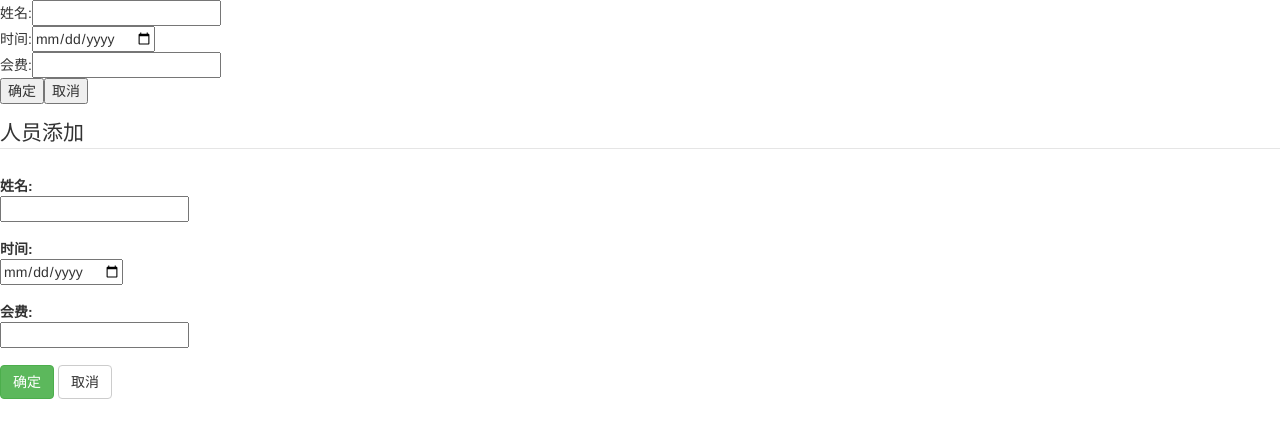
Repository: HelloChuang/HelloChuang-EclipseWorkSpace
Page: http://localhost/RetestServlet2/user_update.jsp
These files come from the project's save history. The page is drawn as it stood at one moment and after the next save; the edit follows.
The browser window is 1280 px wide. The pictures show the whole page.
The page is served by Tomcat 9.

Above is the page before, as saved 2018-10-31 07:18:45.

After the next save:
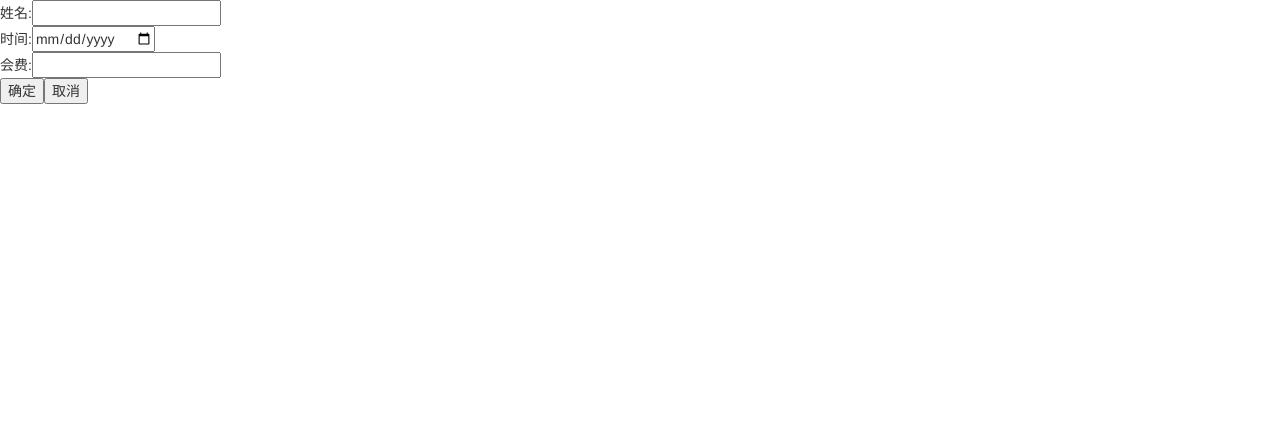
Saved 26 s later.
--- a/EclipseWorkSpace/RetestServlet2/WebContent/user_update.jsp
+++ b/EclipseWorkSpace/RetestServlet2/WebContent/user_update.jsp
@@ -20,52 +20,8 @@
 </form>
 
 
- <form class="form-horizontal" action="UpdateUserAction" >
-    <fieldset>
-      <div id="legend" class="">
-        <legend class="">人员添加</legend>
-      </div>
-    <div class="control-group">
-
-          <!-- Text input-->
-          <label class="control-label" for="input01">姓名:</label>
-          <div class="controls">
-          <input type="hidden" name="uuid" value="${user.uid}"/>
-            <input type="text" value="${user.uname}"name="uuname" required="required"  class="input-xlarge">
-            <p class="help-block"></p>
-          </div>
-        </div><div class="control-group">
-
-          <!-- Text input-->
-          <label class="control-label" for="input01">时间:</label>
-          <div class="controls">
-            <input type="date"  type="date" value="${user.udate}"name="uudate" required="required"  class="input-xlarge">
-            <p class="help-block"></p>
-          </div>
-        </div><div class="control-group">
-
-          <!-- Text input-->
-          <label class="control-label" for="input01">会费:</label>
-          <div class="controls">
-            <input type="text" type="number" value="${user.umoney}"name="uumoney" required="required" class="input-xlarge">
-            <p class="help-block"></p>
-          </div>
-        </div>
-
-    <div class="control-group">
-          <label class="control-label"></label>
-
-          <!-- Button -->
-          <div class="controls">
-            <button class="btn btn-success" type="submit" >确定</button>
-             <button class="btn btn-default" type="reset">取消</button>
-          </div>
-        </div>
 
 
 
-    </fieldset>
-  </form>
-
 </body>
 </html>
